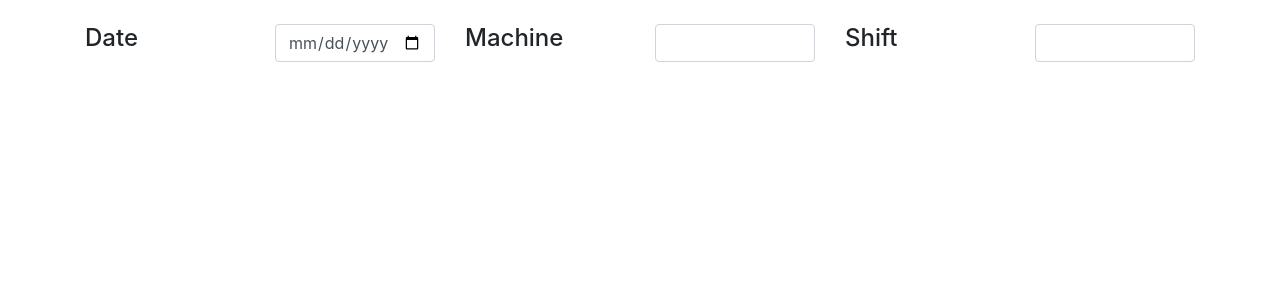
Repository: hisamit97/TVS-Locas
Page: index.html
These files come from the project's save history. The page is drawn as it stood at one moment and after the next save; the edit follows.
The browser window is 1280 px wide. The pictures show the whole page.

Above is the page before, as saved 2020-11-30 12:34:19.

After the next save:
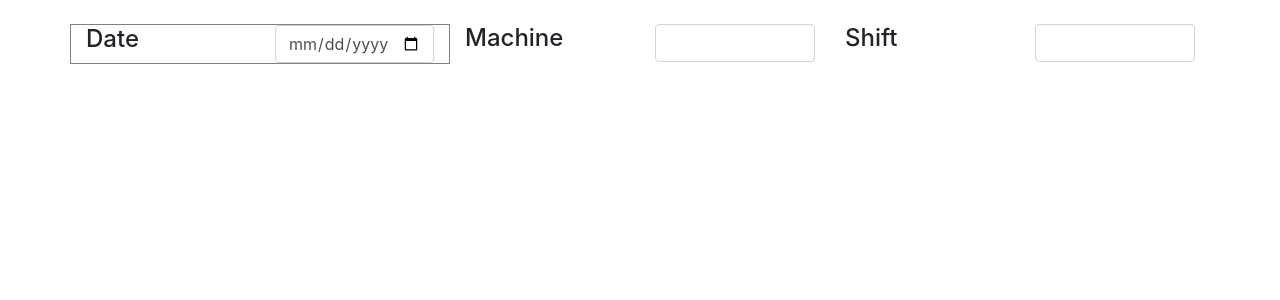
Saved 2 min 47 s later.
--- a/index.html
+++ b/index.html
@@ -18,7 +18,7 @@
         <br>
         <div class="row">
             <div class="col-md-4">
-                <div class="row">
+                <div class="row" style="border:1px solid gray">
                     <div class="col-md-6"><h4>Date</h4></div>
                     <div class="col-md-6"><input type="date" class="form-control mr-3"></div>
                 </div>
